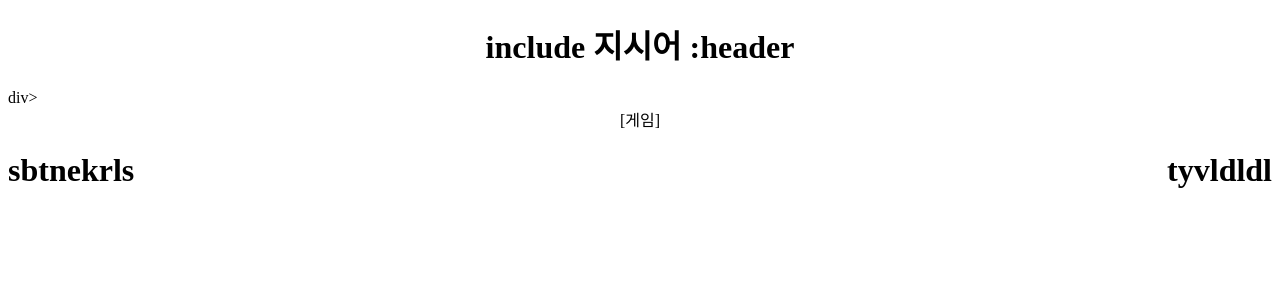
Repository: 2hundred2ne2/bit
Page: http://localhost/First_Web/frame/index.jsp
An editor plug-in stored every save of this project. The page is shown before and after the next save, followed by the edit.
The browser window is 1280 px wide. The pictures show the whole page.
The page is served by Tomcat 9. Other server files are loaded and not shown.

Above is the page before, as saved 2020-12-15 05:59:56.

### JSP_PROJECT/First_Web/WebContent/frame/index.jsp
<%@ page language="java" contentType="text/html; charset=UTF-8"
	pageEncoding="UTF-8"%>
<!DOCTYPE html>
<html>
<head>
<meta charset="UTF-8">
<title>Frame Include</title>
<style>
div.header {
	text-align: center;
}

div.nav {
	text-align: center;
}
div.news,div.shopping{
width: 45%;


}
div.news{

float: left;
}

div.shoping{
float: right;
}
div.footer{
clear: both;
text-align: center;
}
</style>
<body>
<%@ include file="header.jsp" %>

	<%@ include file="navi.jsp" %>
		<%@ include file="news.jsp" %>
			<%@ include file="shoping.jsp" %>




</body>
</html>

### JSP_PROJECT/First_Web/WebContent/frame/header.jsp
<%@ page language="java" contentType="text/html; charset=UTF-8"
    pageEncoding="UTF-8"%>


	<div class="header">
	<h1>include 지시어 :header</h1></div>div>

### JSP_PROJECT/First_Web/WebContent/frame/navi.jsp
<%@ page language="java" contentType="text/html; charset=UTF-8"
    pageEncoding="UTF-8"%>
  <div class="nav">[게임]</div>

### JSP_PROJECT/First_Web/WebContent/frame/news.jsp
<%@ page language="java" contentType="text/html; charset=UTF-8"
    pageEncoding="UTF-8"%>
<div class="news">





<h1> sbtnekrls</h1>


	</div>

### JSP_PROJECT/First_Web/WebContent/frame/shoping.jsp
<%@ page language="java" contentType="text/html; charset=UTF-8"
    pageEncoding="UTF-8"%>
<div class="shoping"> <h1>tyvldldl</h1></div>

After the next save:
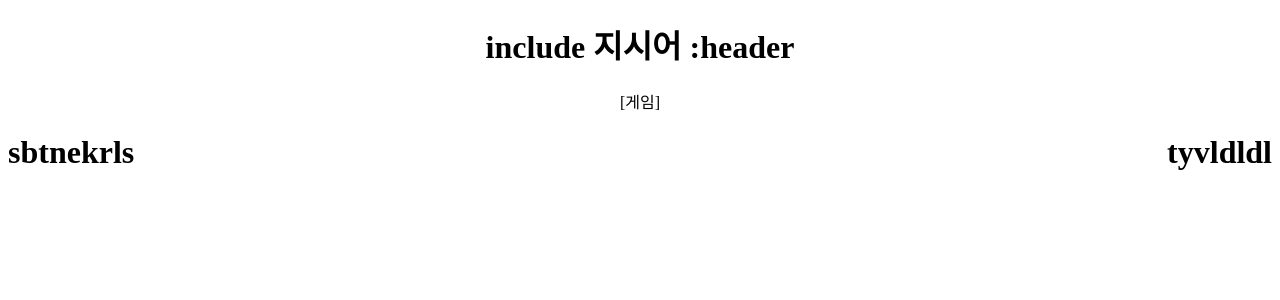
Saved 27 min 44 s later.
--- a/JSP_PROJECT/First_Web/WebContent/frame/header.jsp
+++ b/JSP_PROJECT/First_Web/WebContent/frame/header.jsp
@@ -3,4 +3,4 @@
 
 
 	<div class="header">
-	<h1>include 지시어 :header</h1></div>div>
+	<h1>include 지시어 :header</h1></div>
